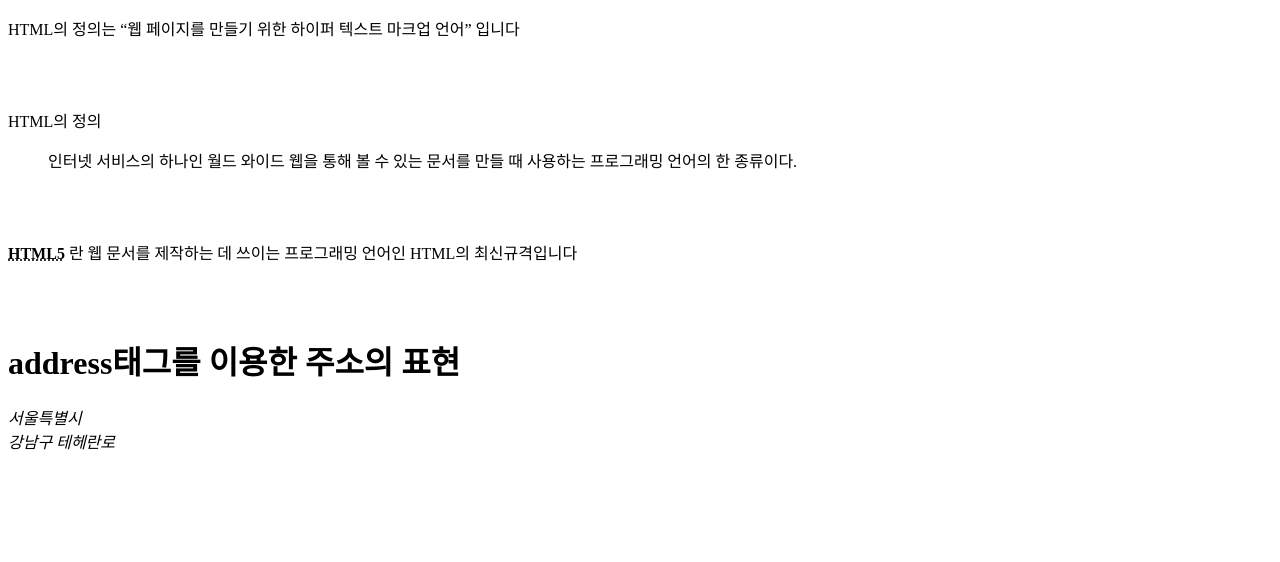
Repository: JaeHyun-Ban/study_html
Page: TCP_HTML/WebContent/ex02_08.html
An editor plug-in stored every save of this project. The page is shown before and after the next save, followed by the edit.
The browser window is 1280 px wide. The pictures show the whole page.

Above is the page before, as saved 2020-08-27 05:38:17.

After the next save:
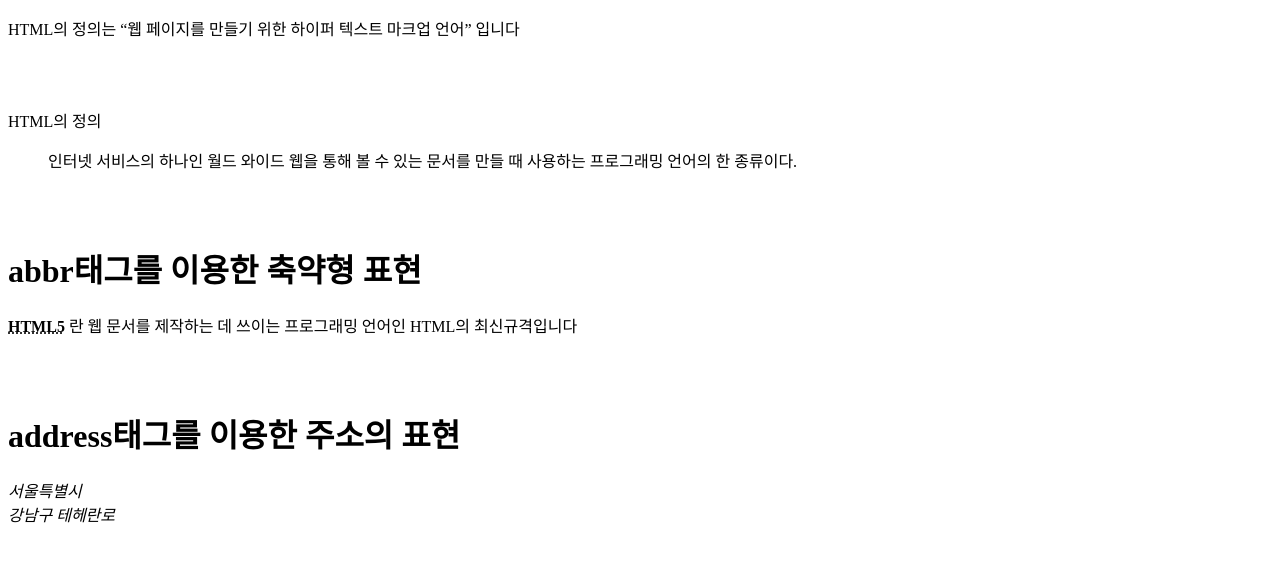
Saved 20 s later.
--- a/TCP_HTML/WebContent/ex02_08.html
+++ b/TCP_HTML/WebContent/ex02_08.html
@@ -19,8 +19,8 @@
 
 	<br><br>
 
-	<p>
-	<strong><abbr title="HyperText Markup Language 5">HTML5</abbr></strong>
+	<h1>abbr태그를 이용한 축약형 표현</h1>
+	<p><strong><abbr title="HyperText Markup Language 5">HTML5</abbr></strong>
 	란 웹 문서를 제작하는 데 쓰이는 프로그래밍 언어인 HTML의 최신규격입니다</p>
 
 	<br><br>
